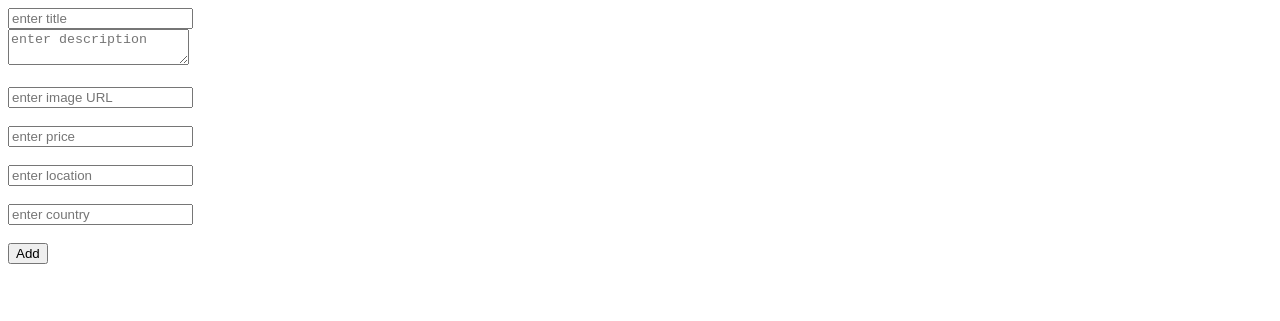
Repository: deep-vish2005/Wanderlust
Page: http://localhost/listings/new
The author's editor kept a copy of each file at every save. The page is drawn from the files as they stood at one save, then again after the next save.
The browser window is 1280 px wide. The pictures show the whole page.
The page is served by the project's Node server (app.js). Other server files are loaded and not shown.

Above is the page before, as saved 2026-04-13 22:21:29.

### views/listings/new.ejs
<!DOCTYPE html>
<html lang="en">
  <head>
    <meta charset="UTF-8" />
    <meta name="viewport" content="width=device-width, initial-scale=1.0" />
    <title>Wanderlust</title>
  </head>
  <body>
    <form method="post" action="/listings">
      <input name="title" placeholder="enter title" type="text" />
      <br />
      <textarea
        name="description"
        placeholder="enter description"
        type="text"
      ></textarea>
      <br /><br />
      <input name="image" placeholder="enter image URL" />
      <br /><br />
      <input name="price" placeholder="enter price" type="number" />
      <br /><br />
      <input name="location" placeholder="enter location" />
      <br /><br />
      <input name="country" placeholder="enter country" />
      <br /><br />
      <button>Add</button>
    </form>
  </body>
</html>

### app.js
const express = require("express");
const app = express();
const mongoose = require("mongoose");
const listing = require("./models/listing");
const path = require("path");
const mongo_url = "mongodb://127.0.0.1:27017/wanderlust";

app.set("view engine", "ejs");
app.set("views", path.join(__dirname, "views"));
app.use(express.urlencoded({ extended: true }));

main()
  .then(() => {
    console.log("connected to db");
  })
  .catch((err) => {
    console.log(err);
  });

async function main() {
  await mongoose.connect(mongo_url);
}

app.get("/", (req, res) => {
  res.send("working");
});

//index route
app.get("/listings", async (req, res) => {
  const alllistings = await listing.find({});
  res.render("listings/index.ejs", { alllistings });
});

//new route
app.get("/listings/new", (req, res) => {
  res.render("listings/new.ejs");
});

//show route
app.get("/listings/:id", async (req, res) => {
  let { id } = req.params;
  const listingindetail = await listing.findById(id);
  res.render("listings/show.ejs", { listingindetail });
});

// app.get("/testlisting", async (req, res) => {
//   let samplelisting = new listing({
//     title: "my bunglow",
//     description: "luxirious",
//     price: 3400,
//     location: "jabalpur",
//     country: "india",
//   });

//   await samplelisting.save();
//   console.log("sample was saved");
//   res.send("successfull");
// });

app.listen(8080, () => {
  console.log("server is listening to port 8080");
});

After the next save:
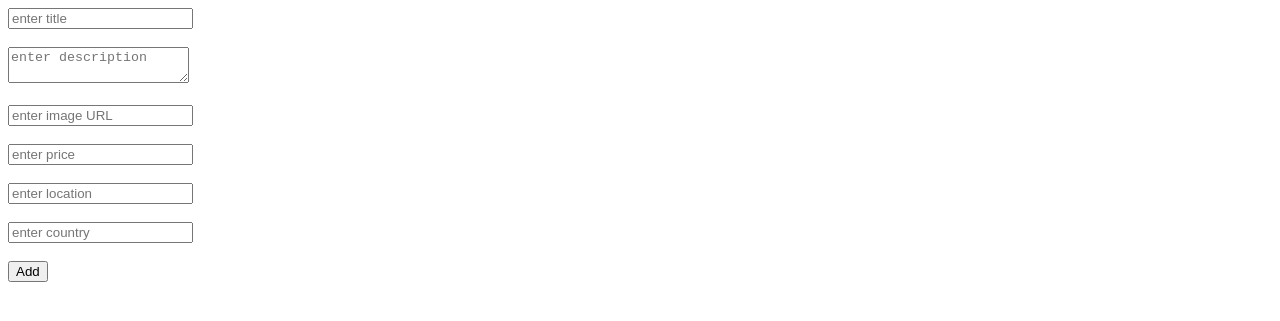
Saved 9 s later.
--- a/views/listings/new.ejs
+++ b/views/listings/new.ejs
@@ -8,7 +8,7 @@
   <body>
     <form method="post" action="/listings">
       <input name="title" placeholder="enter title" type="text" />
-      <br />
+      <br /><br />
       <textarea
         name="description"
         placeholder="enter description"
